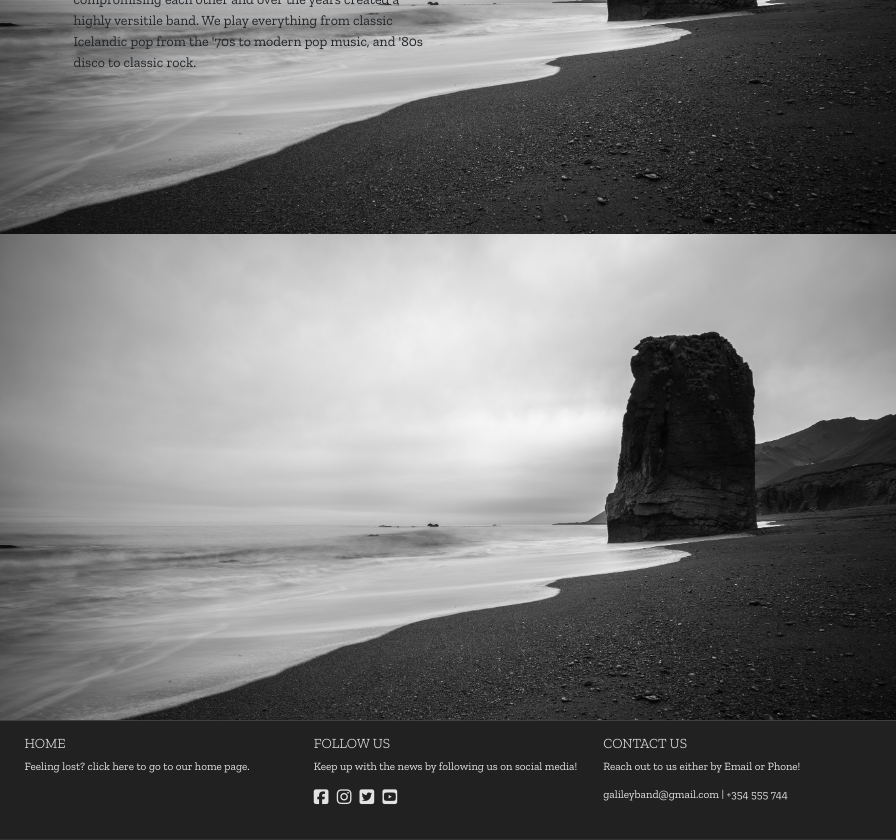
Repository: HeimirDavid/Galiley-Website
Page: index.html
The author's editor kept a record of every edit. The page is drawn from the files as they stood at one moment, then again after the next edit.
The browser window is 1280 px wide. The pictures show the part of the page from y = 947 to 2867 px (the page is 2147 px tall before and 2867 px after), at 70% of full size.
Backgrounds fixed to the window are drawn as part of the page. Some web libraries are served in a nearby version.

Above is the page before.

After the next edit:
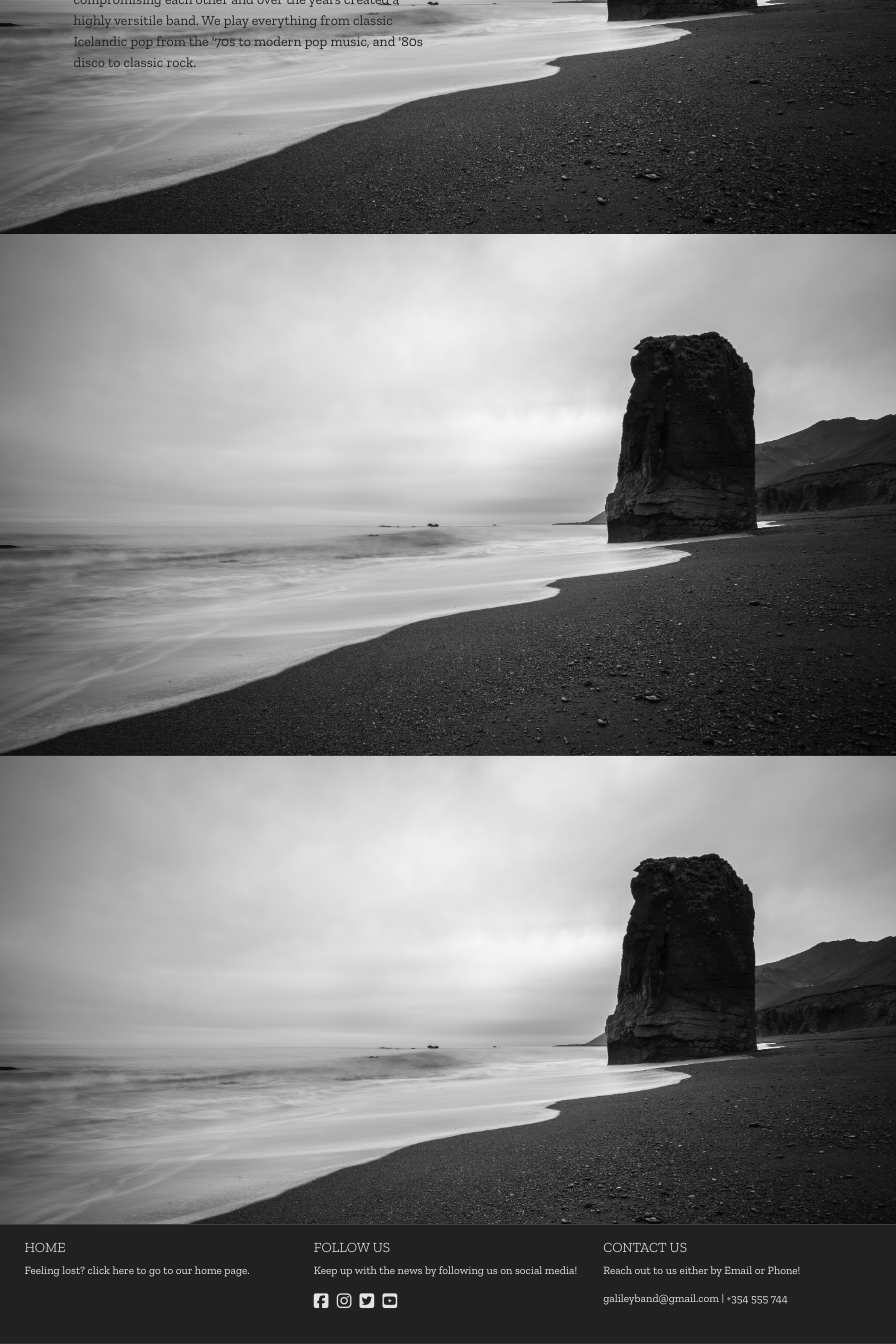
The edit:
--- a/assets/css/style.css
+++ b/assets/css/style.css
@@ -267,7 +267,7 @@ footer {
     background-image: url("../images/about-sea-image.jpg");
     background-attachment: fixed;
     background-size: cover;
-    height: 200vh;
-    width: 100%;
-    }
-}
+    height: 300vh;
+    width: 100%;
+    }
+}
